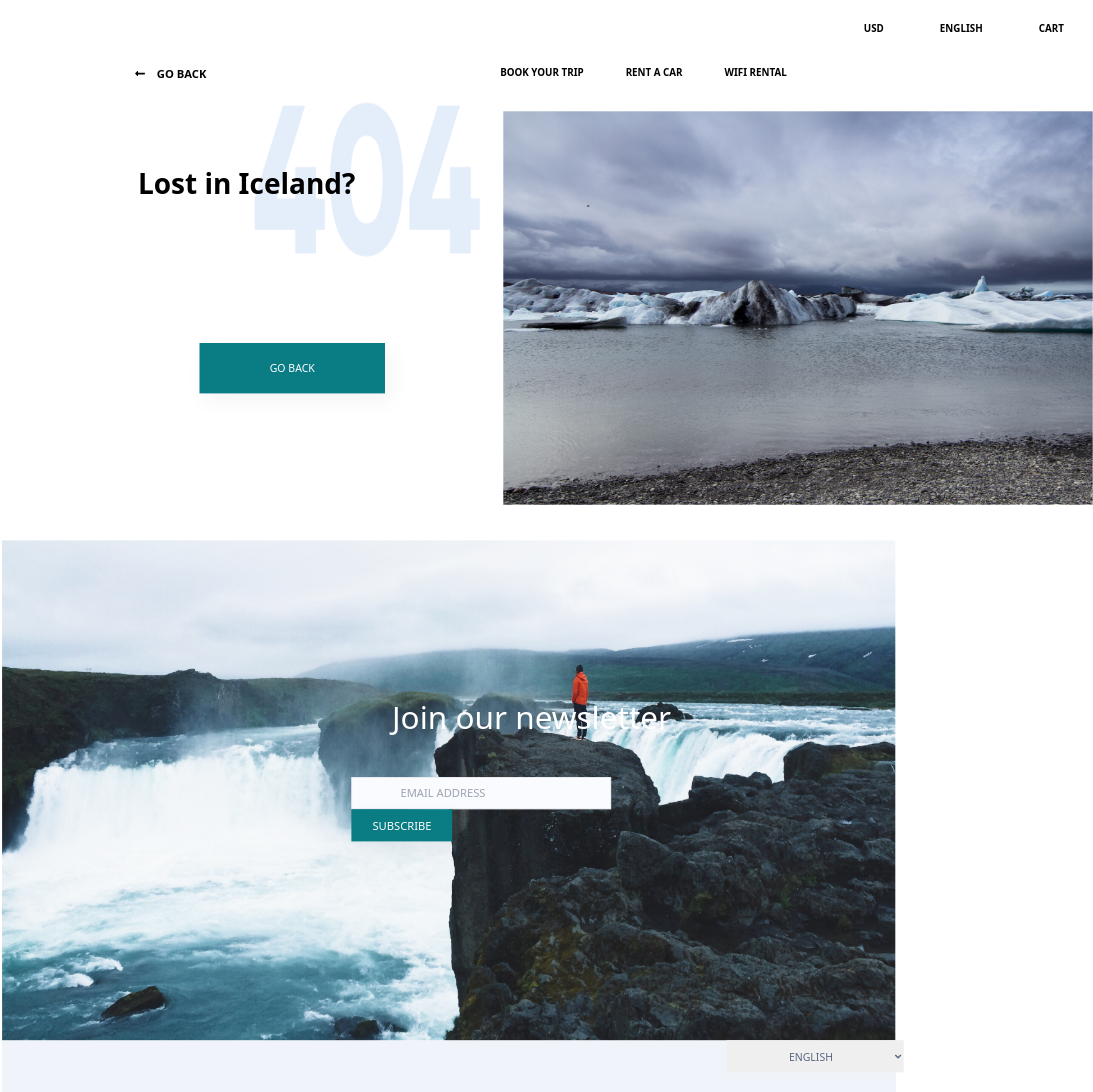
Repository: uh-sman/Iceland
Page: /
These files come from the project's save history. The page is drawn as it stood at one moment and after the next save; the edit follows.
The browser window is 1280 px wide. The page is 1561 px wide, so the pictures cover 1561 px, including what lies to the right of the window. The pictures show the part of the page from y = 0 to 1560 px (the page is 2186 px tall), at 70% of full size.
The project was rebuilt for these pictures with package versions that can differ from the ones it lists, and the page was loaded fresh each time.

Above is the page before, as saved 2022-09-09 18:56:17.

### src/App.js
import logo from "./logo.svg";
import "./App.css";
import { Topnav } from "./components/Topnav";
import { FullNav } from "./components/FullNav";
import { Body } from "./Body";
import { Mainfooter } from "./components/Mainfooter";

function App() {
  return (
    <div className="App">
      <FullNav />
      <Body />
      <div className="">
        <Mainfooter />
      </div>
    </div>
  );
}

export default App;

### src/App.css
* {
  margin: 0;
  padding: 0;
  /* scroll-behavior: none; */
}
.custom {
  background: #097c84;
  box-shadow: 7px 10px 30px rgba(0, 0, 0, 0.05);
  line-height: 18.57px;
}
.search {
  padding: 10px 69px;
  background: #f9fbff;
  border: 1px solid #e1e3e9;
  outline: none;
}
.button {
  padding: 11px 30px;
  background: #097c84;
  box-shadow: 7px 10px 30px rgba(0, 0, 0, 0.05);
  /* background: #f9fbff; */
  /* border: 1px solid #e1e3e9; */
}
.footercolor {
  background: #f0f4fa;
  /* transform: matrix(1, 0, 0, -1, 0, 0); */
}

### src/components/Topnav.js
import React from "react";

export const Topnav = () => {
  return (
    <div className="container w-full py-[31px]">
      <nav className="absolute left-[1234px]">
        <ul className="space-x-20 text-sm font-semibold">
          <a href="">USD</a>
          <a href="">ENGLISH</a>
          <a href="">CART</a>
        </ul>
      </nav>
    </div>
  );
};

### src/components/FullNav.jsx
import React from "react";
import { Bottomnav } from "./Bottomnav";
import { Hero } from "./Hero";
import { Newsletter } from "./Newsletter";
import { Topnav } from "./Topnav";

export const FullNav = () => {
  return (
    <div>
      <Topnav />
      <Bottomnav />
      <Hero />
    </div>
  );
};

### src/Body.js
import React from "react";
import { Newsletter } from "./components/Newsletter";

export const Body = () => {
  return (
    <div>
      <Newsletter />
    </div>
  );
};

### src/components/Mainfooter.js
import React from "react";
import { Footer } from "./Footer";

export const Mainfooter = () => {
  return (
    <div className="bg-[#f0f4fa] h-[700px] mt-[1362px] ml-[3px]">
      <Footer />
    </div>
  );
};

### src/components/Bottomnav.js
import React from "react";
import { FaLongArrowAltLeft } from "react-icons/fa";
export const Bottomnav = () => {
  return (
    <nav className="container w-full">
      <div className="py-[31px]">
        <div className="container">
          <h1 className="flex items-center gap-4 absolute left-[192px]">
            <FaLongArrowAltLeft />
            <a className=" cursor-pointer font-semibold text-md">GO BACK</a>
          </h1>
        </div>
        <div className="container">
          <div className="absolute right-[156px]">
            <ul className="space-x-[60px] text-sm font-semibold cursor-pointer">
              <a>BOOK YOUR TRIP</a>
              <a>RENT A CAR</a>
              <a>WIFI RENTAL</a>
            </ul>
          </div>
        </div>
      </div>
    </nav>
  );
};

### src/components/Hero.js
import React from "react";
import four from "../Assets/404.png";
import img from "../Assets/404 background 1.png";
import { Button } from "./Button";
export const Hero = () => {
  return (
    <div>
      <div className="container">
        <img
          src={four}
          className="absolute left-[363px] top-[146px] h-[221px] w-[323px]"
        />
      </div>
      <div className="container inset-3">
        <h1 className="font-semibold text-[40px] absolute left-[197px] top-[232px] ">
          Lost in Iceland?
        </h1>
      </div>
      <div className="container">
        <img
          src={img}
          className="absolute left-[719px] top-[159px] w-[842px] h-[562px]"
        />
      </div>
      <Button />
    </div>
  );
};

### src/components/Newsletter.js
import React from "react";
import adventure from "../Assets/adventure-makes-things-meaningful_t20_Vo0aX3 1.png";
export const Newsletter = () => {
  return (
    <div className="">
      <div className="container h-full">
        <img
          // w-[1440px]
          src={adventure}
          className="absolute h-[714px] left-[3px]
          top-[772px] w-[99.7%]"
        />
        <div className="container">
          <h1 className="text-[45px] font-[600px] absolute top-[990px] left-[560px] text-white">
            Join our newsletter
          </h1>
        </div>
        <div className="container w-full">
          <div className="absolute top-[1110px] w-[499px] h-[57px] left-[502px] box-border">
            <input
              placeholder="EMAIL ADDRESS"
              type="email"
              className="search"
            />
            <button className="button text-white">SUBSCRIBE</button>
          </div>
        </div>
      </div>
    </div>
  );
};

### src/components/Footer.js
import React from "react";

export const Footer = () => {
  return (
    <div className="text-[#5B6780] font-[500px] text-[15px]">
      <div className="absolute w-[1440px] h-[408px] left-[3px] top-[1717px] you">
        <div>
          <ul className="flex gap-[62px] left-[150px] absolute">
            <li>About us</li>
            <li>Cancellation policy</li>
            <li>Terms and conditions</li>
          </ul>
        </div>
      </div>
      <div className="absolute w-[1440px] h-[408px] left-[3px] top-[1717px] you">
        <div>
          <ul className="flex space-x-[80px] top-[60px] left-[150px] absolute">
            <li>Contact Us</li>
            <li className="">Sustainability</li>
            <li>Privacy policy</li>
          </ul>
        </div>
      </div>
      <div className="absolute w-[1440px] h-[408px] left-[3px] top-[1717px] you">
        <div>
          <ul className="flex space-x-[80px] top-[275px] left-[150px] absolute">
            <li>info@iceland.is</li>
            <li>+354 440 4000</li>
            <li>Kalkofnsvegur 2, 101 Reykjavík</li>
          </ul>
        </div>
      </div>
      <div className="absolute left-[1038px]">
        <select className="px-[85px] py-3">
          <option>ENGLISH</option>
        </select>
      </div>
    </div>
  );
};

### src/components/Button.js
import React from "react";

export const Button = () => {
  return (
    <div>
      <div>
        <button className="absolute w-[265px] h-[72px] left-[285px] top-[490px] custom font-[700px] text-white text-[15px]">
          GO BACK
        </button>
      </div>
    </div>
  );
};

### tailwind.config.js
/** @type {import('tailwindcss').Config} */
module.exports = {
  content: ["./src/**/*.{html,js,jsx}"],
  theme: {
    screens: {
      sm: "480px",
      md: "768px",
      lg: "976px",
      xl: "1440px",
    },
    extend: {},
  },
  plugins: [],
};

Loaded but not shown: public/index.html (common file); src/index.js (common file); src/index.css (common file)

After the next save:
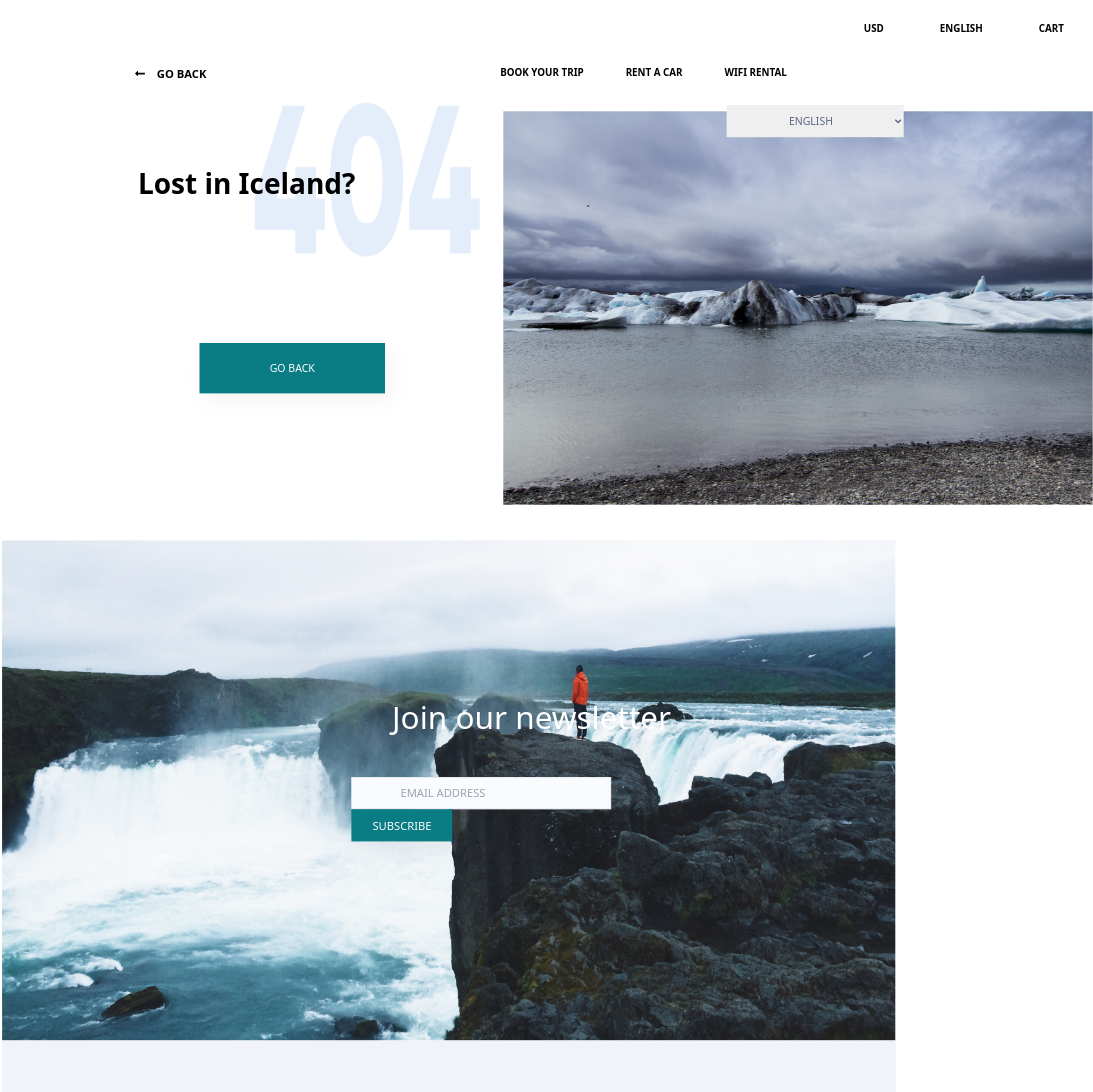
Saved 2 min 0 s later.
--- a/src/components/Footer.js
+++ b/src/components/Footer.js
@@ -30,7 +30,7 @@ export const Footer = () => {
           </ul>
         </div>
       </div>
-      <div className="absolute left-[1038px]">
+      <div className="absolute left-[1038px] top-[150px] box-border">
         <select className="px-[85px] py-3">
           <option>ENGLISH</option>
         </select>
